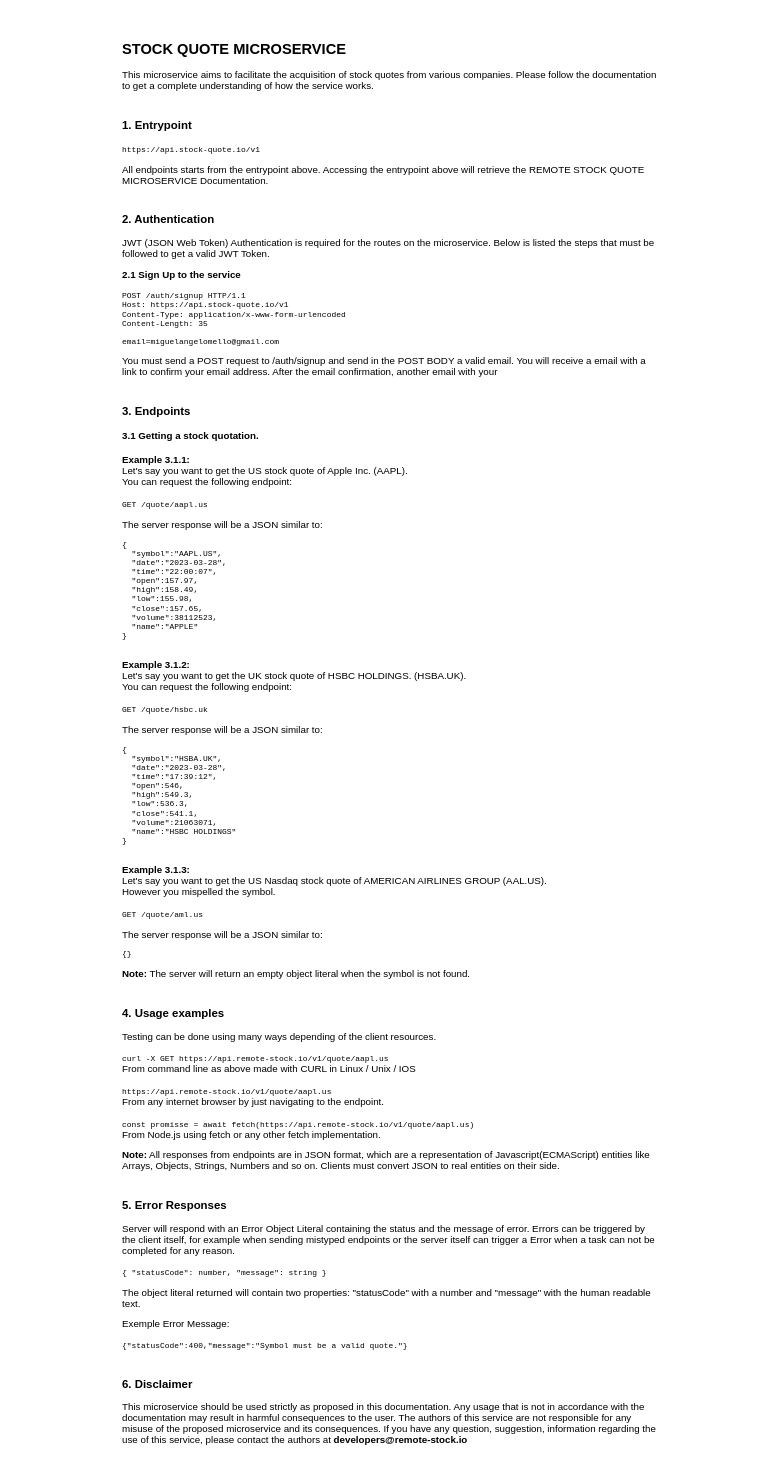
Repository: miguelamello/nest-js
Page: stock-service/documentation.html
The author's editor kept a copy of each file at every save. The page is drawn from the files as they stood at one save, then again after a run of saves.
The browser window is 1280 px wide. The pictures show the whole page, at 61% of full size.

Above is the page before, as saved 2023-04-01 15:58:00.

### stock-service/documentation.html
<!DOCTYPE html>
<html lang="en">
<head>
  <meta charset="UTF-8">
  <meta http-equiv="X-UA-Compatible" content="IE=edge">
  <meta name="viewport" content="width=device-width, initial-scale=1.0">
  <title>STOCK QUOTE MICROSERVICE</title>
  <style>
    body {
      font-family: Arial, Helvetica, sans-serif;
      padding: 3% 15%;
    }
    h3 {
      margin-top: 5%;
    }
    pre {
      margin: 0;
    }
  </style>
</head>
<body>
  <h2>STOCK QUOTE MICROSERVICE</h2>
  <p>
    This microservice aims to facilitate the acquisition of stock quotes from various companies.
    Please follow the documentation to get a complete understanding of how the service works.
  </p>

  <h3>1. Entrypoint</h3>
  <code>https://api.stock-quote.io/v1</code>
  <p>
    All endpoints starts from the entrypoint above. Accessing the entrypoint
    above will retrieve the REMOTE STOCK QUOTE MICROSERVICE Documentation.
  </p>

  <h3>2. Authentication</h3>
  <p>JWT (JSON Web Token) Authentication is required for the routes on the microservice.
    Below is listed the steps that must be followed to get a valid JWT Token.</p>

  <p>
    <div><b>2.1 Sign Up to the service</b></div><br>

    <pre>
POST /auth/signup HTTP/1.1
Host: https://api.stock-quote.io/v1
Content-Type: application/x-www-form-urlencoded
Content-Length: 35

email=miguelangelomello@gmail.com
    </pre>

    <div>You must send a POST request to /auth/signup and send in the POST BODY a valid email.
      You will receive a email with a link to confirm your email address. After the email confirmation,
      another email with your
    </div>

  </p>

  <h3>3. Endpoints</h3>

  <h4>3.1 Getting a stock quotation.</h4>

  <p>
    <div><b>Example 3.1.1:</b></div>
    <div>Let's say you want to get the US stock quote of Apple Inc. (AAPL).</div>
    <div>You can request the following endpoint:</div><br>
    <code>GET /quote/aapl.us</code>

    <p>The server response will be a JSON similar to:</p>

    <pre>
{
  "symbol":"AAPL.US",
  "date":"2023-03-28",
  "time":"22:00:07",
  "open":157.97,
  "high":158.49,
  "low":155.98,
  "close":157.65,
  "volume":38112523,
  "name":"APPLE"
}
    </pre>
  </p>
  <p>
    <div><b>Example 3.1.2:</b></div>
    <div>Let's say you want to get the UK stock quote of HSBC HOLDINGS. (HSBA.UK).</div>
    <div>You can request the following endpoint:</div><br>
    <code>GET /quote/hsbc.uk</code>

    <p>The server response will be a JSON similar to:</p>

    <pre>
{
  "symbol":"HSBA.UK",
  "date":"2023-03-28",
  "time":"17:39:12",
  "open":546,
  "high":549.3,
  "low":536.3,
  "close":541.1,
  "volume":21063071,
  "name":"HSBC HOLDINGS"
}
    </pre>
  </p>

  <p>
    <div><b>Example 3.1.3:</b></div>
    <div>Let's say you want to get the US Nasdaq stock quote of AMERICAN AIRLINES GROUP (AAL.US).</div>
    <div>However you mispelled the symbol.</div><br>
    <code>GET /quote/aml.us</code>

    <p>The server response will be a JSON similar to:</p>

    <pre>{}</pre>

    <p>
      <b>Note:</b> The server will return an empty object literal when the symbol is not found.
    </p>
  </p>

  <h3>4. Usage examples</h3>

  <p>Testing can be done using many ways depending of the client resources.</p>

  <code>curl -X GET https://api.remote-stock.io/v1/quote/aapl.us</code>
  <div>From command line as above made with CURL in Linux / Unix / IOS</div>
  <br>
  <code>https://api.remote-stock.io/v1/quote/aapl.us</code>
  <div>From any internet browser by just navigating to the endpoint.</div>
  <br>
  <code>const promisse = await fetch(https://api.remote-stock.io/v1/quote/aapl.us)</code>
  <div>From Node.js using fetch or any other fetch implementation.</div>

  <p>
    <b>Note:</b> All responses from endpoints are in JSON format, which are a
    representation of Javascript(ECMAScript) entities like Arrays, Objects,
    Strings, Numbers and so on. Clients must convert JSON to real entities
    on their side.
  </p>

  <h3>5. Error Responses</h3>

  <p>
    Server will respond with an Error Object Literal containing
    the status and the message of error. Errors can be triggered
    by the client itself, for example when sending mistyped endpoints
    or the server itself can trigger a Error when a
    task can not be completed for any reason.
  </p>

  <p>
    <code>{ "statusCode": number, "message": string }</code><br>
    <div>
      The object literal returned will contain two properties:
      "statusCode" with a number and "message" with the human readable text.
    </div>
  </p>

  <p>Exemple Error Message:</p>
  <p>
    <code>
      {"statusCode":400,"message":"Symbol must be a valid quote."}
    </code>
  </p>

  <h3>6. Disclaimer</h3>
  <p>
    This microservice should be used strictly as proposed in this documentation.
    Any usage that is not in accordance with the documentation may result in harmful
    consequences to the user. The authors of this service are not responsible for
    any misuse of the proposed microservice and its consequences. If you have any question,
    suggestion, information regarding the use of this service, please contact
    the authors at <b>developers@remote-stock.io</b>
  </p>

</body>
</html>

After the next 2 saves:
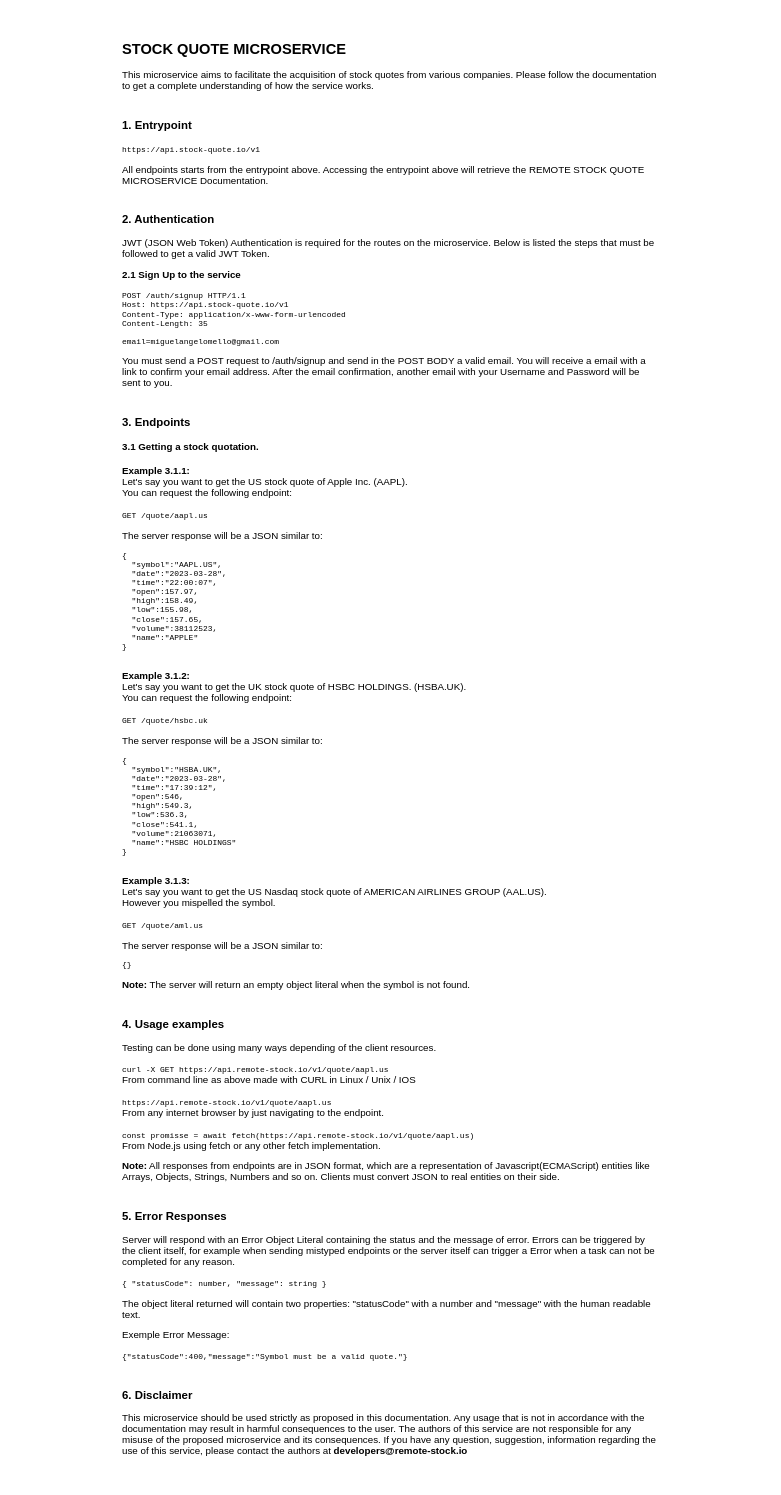
The 2 saves are shown as one change because they came seconds apart.
The last was saved 7 s later.
--- a/stock-service/documentation.html
+++ b/stock-service/documentation.html
@@ -50,7 +50,7 @@ email=miguelangelomello@gmail.com
 
     <div>You must send a POST request to /auth/signup and send in the POST BODY a valid email.
       You will receive a email with a link to confirm your email address. After the email confirmation,
-      another email with your
+      another email with your Username and Password will be sent to you.
     </div>
 
   </p>
